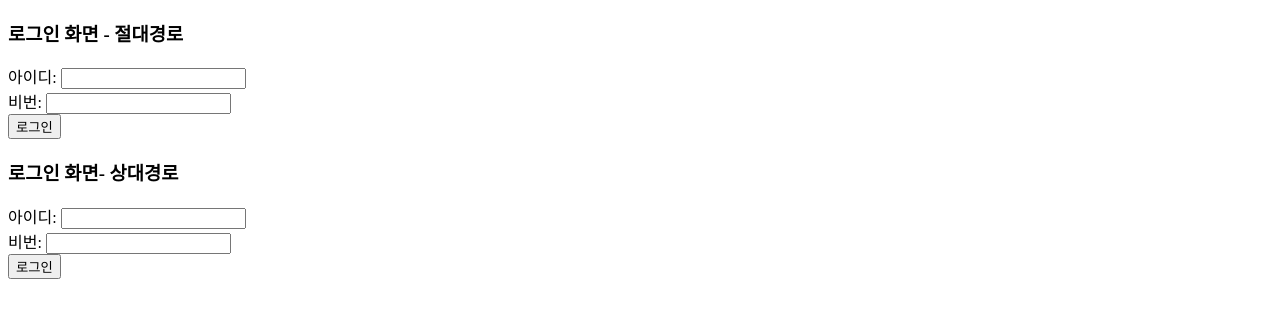
Repository: beom2pm/ds_edu_springFramework
Page: http://localhost/03Day_web_request_model_view/main
An editor plug-in stored every save of this project. The page is shown before and after the next save, followed by the edit.
The browser window is 1280 px wide. The pictures show the whole page.
The page is served by Tomcat 9.

Above is the page before, as saved 2021-02-03 07:43:17.

After the next save:
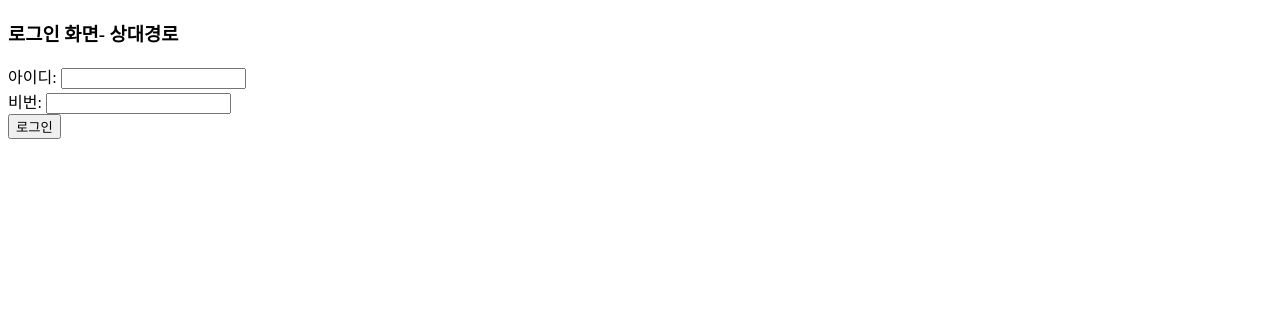
Saved 16 h 59 min later.
--- a/03Day_web_request_model_view/src/main/webapp/WEB-INF/views/main.jsp
+++ b/03Day_web_request_model_view/src/main/webapp/WEB-INF/views/main.jsp
@@ -7,14 +7,8 @@
 <title>Insert title here</title>
 </head>
 <body>
-	<h3>로그인 화면 - 절대경로</h3>
-	<form action="/app/login" method="get">
-		아이디: <input type="text" name="userid"><br> 비번: <input
-			type="text" name="passwd"><br> <input type="submit"
-			value="로그인">
-	</form>
 	<h3>로그인 화면- 상대경로</h3>
-	<form action="login" method="get">
+	<form action="login" method="post">
 		아이디: <input type="text" name="userid"><br> 비번: <input
 			type="text" name="passwd"><br> <input type="submit"
 			value="로그인">
